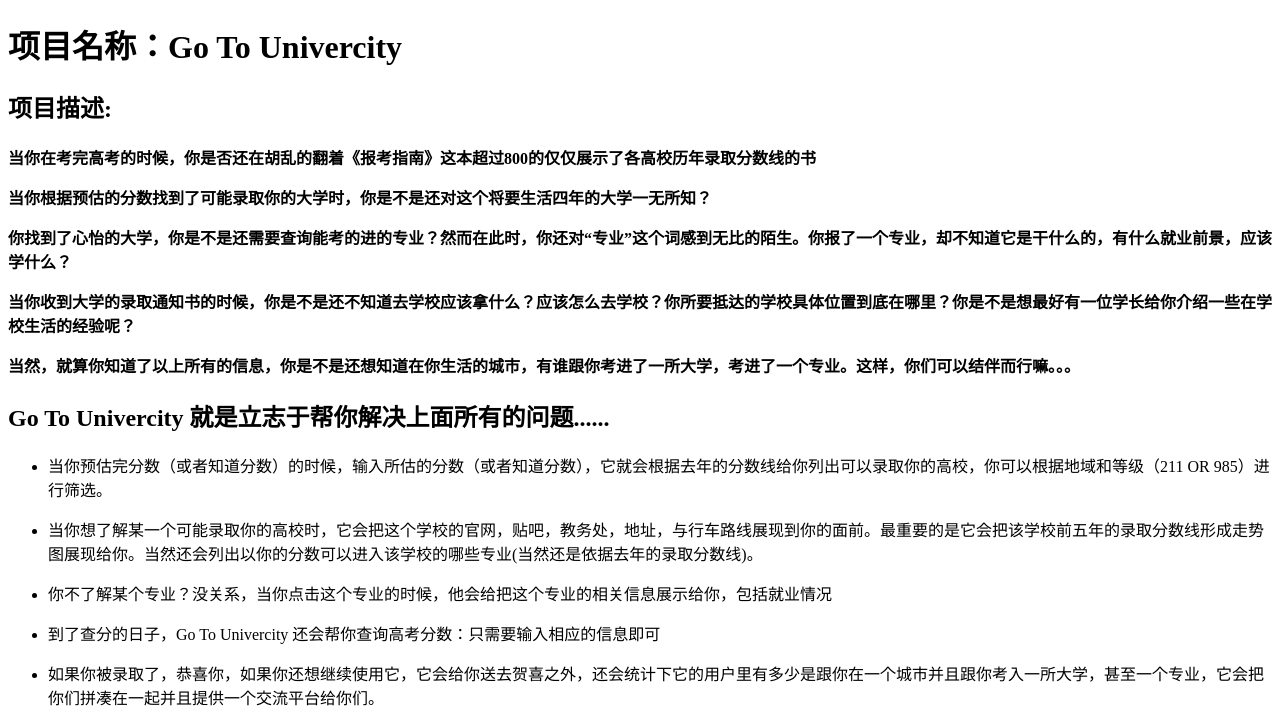
Repository: SUT-GC/GoToUnivercity
Page: http://localhost/GoToUniversity/ideasource/idea.jsp
These files come from the project's save history. The page is drawn as it stood at one moment and after the next save; the edit follows.
The browser window is 1280 px wide. The pictures show the whole page.
The page is served by Tomcat 9. Nobody is signed in. The application's start-up code is not run.

Above is the page before, as saved 2015-11-16 11:14:15.

After the next save:
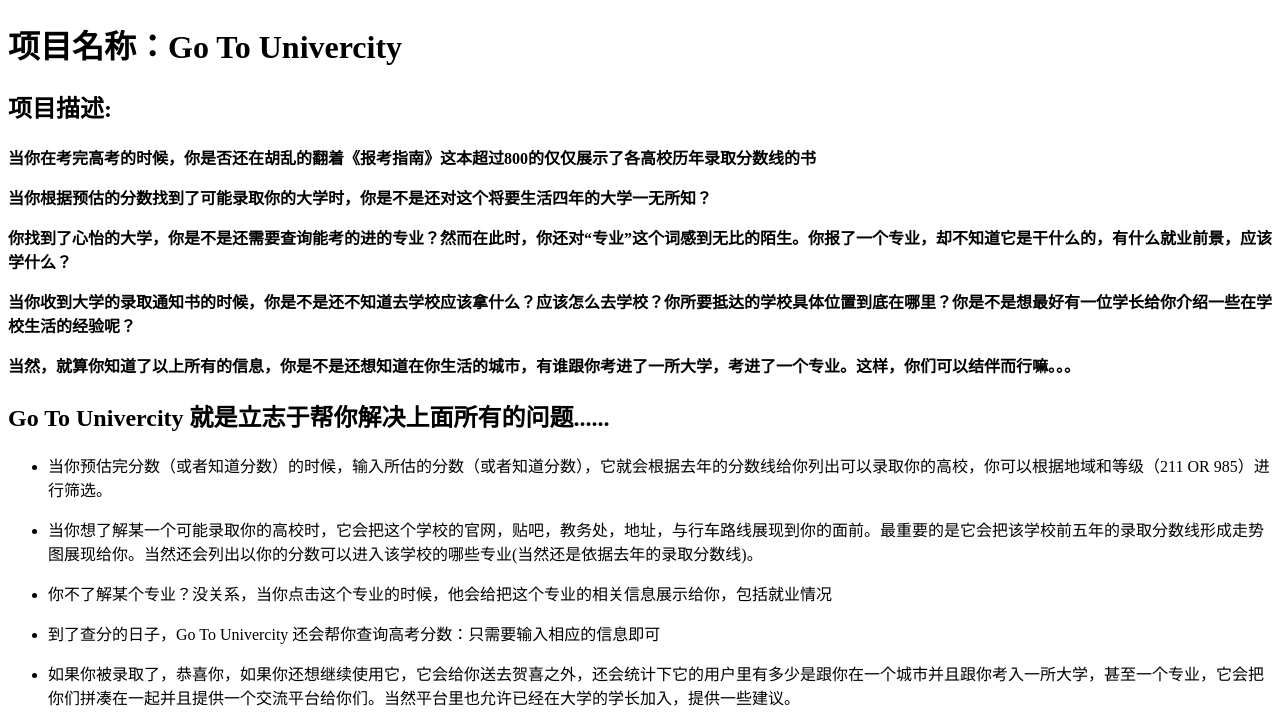
Saved 31 s later.
--- a/GoToUniversity/WebContent/ideasource/idea.jsp
+++ b/GoToUniversity/WebContent/ideasource/idea.jsp
@@ -29,7 +29,7 @@
 					<li><p>当你想了解某一个可能录取你的高校时，它会把这个学校的官网，贴吧，教务处，地址，与行车路线展现到你的面前。最重要的是它会把该学校前五年的录取分数线形成走势图展现给你。当然还会列出以你的分数可以进入该学校的哪些专业(当然还是依据去年的录取分数线)。</p></li>
 					<li><p>你不了解某个专业？没关系，当你点击这个专业的时候，他会给把这个专业的相关信息展示给你，包括就业情况</p></li>
 					<li><p>到了查分的日子，Go To Univercity 还会帮你查询高考分数：只需要输入相应的信息即可</p></li>
-					<li><p>如果你被录取了，恭喜你，如果你还想继续使用它，它会给你送去贺喜之外，还会统计下它的用户里有多少是跟你在一个城市并且跟你考入一所大学，甚至一个专业，它会把你们拼凑在一起并且提供一个交流平台给你们。</p></li>
+					<li><p>如果你被录取了，恭喜你，如果你还想继续使用它，它会给你送去贺喜之外，还会统计下它的用户里有多少是跟你在一个城市并且跟你考入一所大学，甚至一个专业，它会把你们拼凑在一起并且提供一个交流平台给你们。当然平台里也允许已经在大学的学长加入，提供一些建议。</p></li>
 
 
 				</ul>
